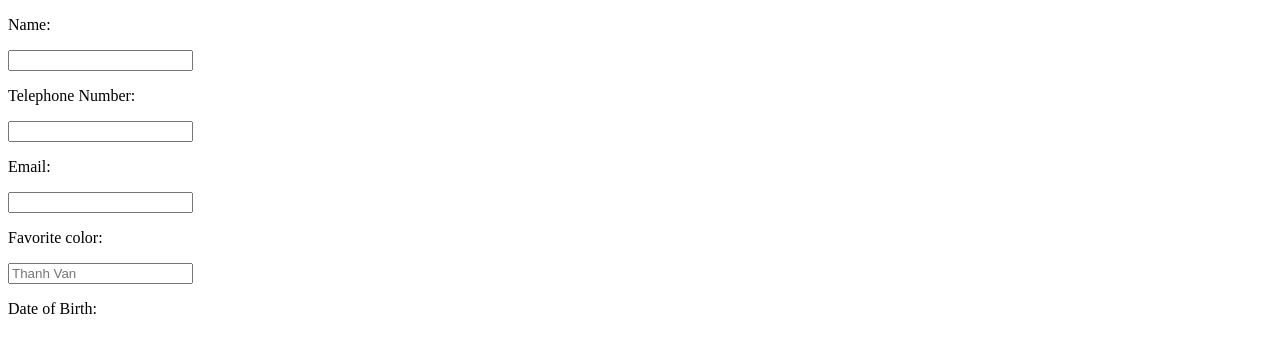
Repository: PhamChiXuan1/HTCNW_tuan3_DHCNTT16C_PhamChiXuan_20030131
Page: bt13.html
The author's editor kept a copy of each file at every save. The page is drawn from the files as they stood at one save, then again after the next save.
The browser window is 1280 px wide. The pictures show the whole page.

Above is the page before, as saved 2022-02-28 12:52:52.

After the next save:
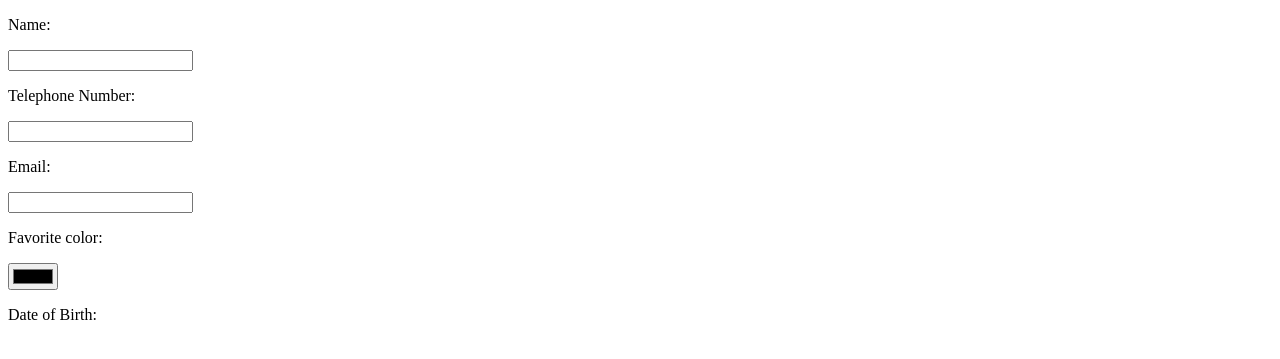
Saved 107 s later.
--- a/bt13.html
+++ b/bt13.html
@@ -14,7 +14,7 @@
     <P>Email:</P>
     <input type="text">
     <P>Favorite color:</P>
-    <input type="text" name="txtName" value="" size="20" maxlength="20" placeholder="Thanh Van">
+    <input type="color" name="" id="" size=5>
     <P>Date of Birth:</P>
 </body>
 </html>
